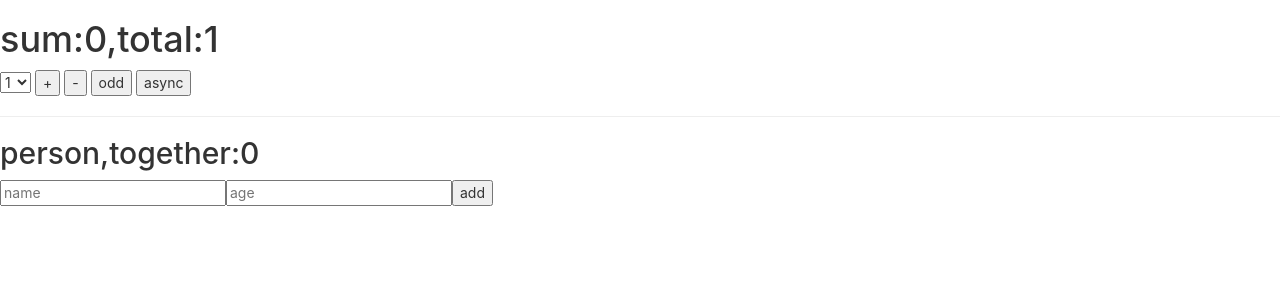
Repository: Shanshan67/React_a
Page: /
The author's editor kept a copy of each file at every save. The page is drawn from the files as they stood at one save, then again after the next save.
The browser window is 1280 px wide. The pictures show the whole page.
The project was rebuilt for these pictures with package versions that can differ from the ones it lists, and the page was loaded fresh each time.

Above is the page before, as saved 2022-12-09 00:29:52.

### public/index.html
<!DOCTYPE html>
<html lang="en">
  <head>
    <meta charset="utf-8" />
    <link rel="icon" href="%PUBLIC_URL%/favicon.ico" />
    <meta name="viewport" content="width=device-width, initial-scale=1" />
    <meta name="theme-color" content="#000000" />
    <meta
      name="description"
      content="Web site created using create-react-app"
    />
    <link rel="apple-touch-icon" href="%PUBLIC_URL%/logo192.png" />
    <!--
      manifest.json provides metadata used when your web app is installed on a
      user's mobile device or desktop. See https://developers.google.com/web/fundamentals/web-app-manifest/
    -->
    <link rel="manifest" href="%PUBLIC_URL%/manifest.json" />
    <link rel="stylesheet" href="/css/bootstrap.css" />
    <!--
      Notice the use of %PUBLIC_URL% in the tags above.
      It will be replaced with the URL of the `public` folder during the build.
      Only files inside the `public` folder can be referenced from the HTML.

      Unlike "/favicon.ico" or "favicon.ico", "%PUBLIC_URL%/favicon.ico" will
      work correctly both with client-side routing and a non-root public URL.
      Learn how to configure a non-root public URL by running `npm run build`.
    -->
    <title>React App</title>
  </head>
  <body>
    <noscript>You need to enable JavaScript to run this app.</noscript>
    <div id="root"></div>
    <!--
      This HTML file is a template.
      If you open it directly in the browser, you will see an empty page.

      You can add webfonts, meta tags, or analytics to this file.
      The build step will place the bundled scripts into the <body> tag.

      To begin the development, run `npm start` or `yarn start`.
      To create a production bundle, use `npm run build` or `yarn build`.
    -->
  </body>
</html>

### src/index.js
import React from 'react';
import ReactDOM from 'react-dom/client';
import { Provider } from 'react-redux';
import './index.css';
import App from './App';
import store from './redux/store';
import reportWebVitals from './reportWebVitals';

const root = ReactDOM.createRoot(document.getElementById('root'));
root.render(
  <Provider store={store}>
    <App/>
  </Provider>
);

// If you want to start measuring performance in your app, pass a function
// to log results (for example: reportWebVitals(console.log))
// or send to an analytics endpoint. Learn more: https://bit.ly/CRA-vitals
reportWebVitals();

### src/App.jsx
import React, { Component } from 'react'
import Count from './containers/Count'
import Person from './containers/Person'

export default class App extends Component {
  render() {
    return (
      <div>
        <Count/>
        <hr/>
        <Person/>
      </div>
    )
  }
}

### src/redux/store.js
import {createStore,applyMiddleware,combineReducers} from 'redux'
import thunk from 'redux-thunk'
import { composeWithDevTools } from 'redux-devtools-extension'
import countReducer from './reducers/count'
import personReducer from './reducers/person'


const allReducer = combineReducers({
    count:countReducer,
    persons:personReducer
})

export default createStore(allReducer,composeWithDevTools(applyMiddleware(thunk)))

### src/containers/Count/index.jsx
import React, { Component } from 'react'
import { connect } from "react-redux"
import {createIncrementAction,
    createDecrementAction,
    createIncrementAsyncAction} from '../../redux/actions/count'

    class Count extends Component {
    increment = () => {
        const {value} = this.selectNumber
        this.props.jia(value*1)
    }
    decrement = () => {
        const {value} = this.selectNumber
        this.props.jian(value*1)
    }
    incrementIfOdd = () => {
        const {value} = this.selectNumber
        if(this.props.count % 2 !==0){
            this.props.jia(value*1)
        }
    }
    incrementAsync = () => {
        const {value} = this.selectNumber
        this.props.jiaAsync(value*1,500)
    }

    render() {
    return (
        <div>
            <h1>sum:{this.props.count},total:{this.props.personCount} </h1>
            <select ref={c=>this.selectNumber=c}>
                <option value="1">1</option>
                <option value="2">2</option>
                <option value="3">3</option>
            </select>&nbsp;
            <button onClick={this.increment} >+</button>&nbsp;
            <button onClick={this.decrement} >-</button>&nbsp;
            <button onClick={this.incrementIfOdd} >odd</button>&nbsp;
            <button onClick={this.incrementAsync} >async</button>&nbsp;
        </div>
    )
    }
}

export default connect(
    state => ({
        count:state.count,
        personCount:state.persons.length}),
    {
        jia:createIncrementAction,
        jian:createDecrementAction,
        jiaAsync:createIncrementAsyncAction
    }
)(Count)

### src/containers/Person/index.jsx
import { nanoid } from 'nanoid'
import React, { Component } from 'react'
import { connect } from "react-redux"
import {createAddPersonAction} from '../../redux/actions/person'

class Person extends Component {
    addPerson = () => {
        const name = this.nameNode.value
        const age = this.ageNode.value
        const personObj = {id:nanoid(),name,age}
        this.props.jiaYiRen(personObj)
        this.nameNode.value = ''
        this.ageNode.value = ''
    }

    render() {
    return (
        <div>
            <h2>person,together:{this.props.count} </h2>
            <input ref={c=>this.nameNode=c} type='text' placeholder='name'/>
            <input ref={c=>this.ageNode=c} type='text' placeholder='age'/>
            <button onClick={this.addPerson}>add</button>
            <ul>
                {
                    /* this.props.persons.map((per) => {
                        return <li key={per.id}>{per.name}---{per.age}</li>
                    }) */

                }
            </ul>
        </div>
    )
    }
}

export default connect(
    state => ({
        persons:state.persons,
        count:state.count}),
    {
        jiaYiRen:createAddPersonAction,
    }
)(Person)

### src/redux/reducers/count.js
import {INCREMENT,DECREMENT} from '../constant'

const initState=0
export default function countReducer(preState=initState,action){
    const {type,data} = action
    switch (type){
        case INCREMENT:
            return preState+data
        case DECREMENT:
            return preState-data
        default:
            return preState
    }
}

### src/redux/reducers/person.js
const initState=[{id:'001',name:'tom',age:13}]
export default function personReducer(preState=initState,action){
    const {type, data} = action
    switch (type) {
        case 'add_person':
            return {data,...preState}
        default:
            return preState
    }
}

### src/redux/actions/count.js
import {INCREMENT,DECREMENT} from '../constant'

export const createIncrementAction = data => ({type:INCREMENT,data})
export const createDecrementAction = data => ({type:DECREMENT,data})
export const createIncrementAsyncAction = (data,time) => {
    return (dispatch) => {
        setTimeout(() => {
            dispatch(createIncrementAction(data))
        },time)
    }
}

### src/redux/actions/person.js
export const createAddPersonAction = personObj=>({type:'add_person',data:personObj})

### src/redux/constant.js
export const INCREMENT = 'increment'
export const DECREMENT = 'decrement'
export const ADD_PERSON = 'add_person'

Loaded but not shown: src/index.css (common file); src/reportWebVitals.js (common file); public/css/bootstrap.css (library)

After the next save:
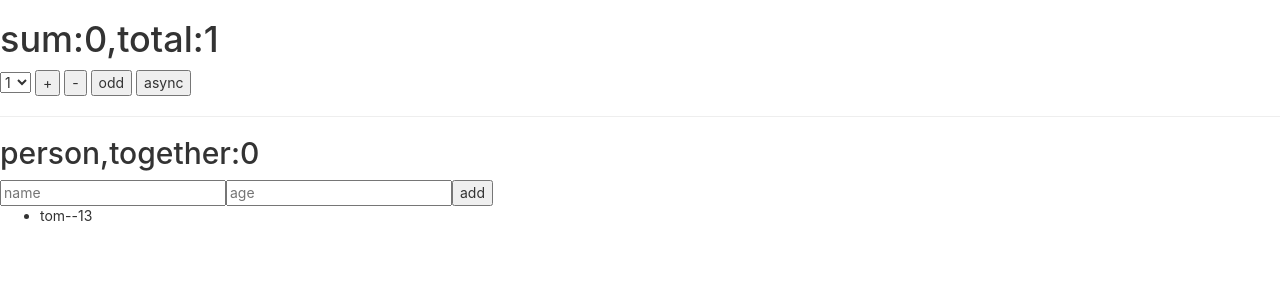
Saved 9 s later.
--- a/src/containers/Person/index.jsx
+++ b/src/containers/Person/index.jsx
@@ -25,7 +25,9 @@ class Person extends Component {
                     /* this.props.persons.map((per) => {
                         return <li key={per.id}>{per.name}---{per.age}</li>
                     }) */
-
+                    this.props.persons.map((p)=>{
+                        return <li key={p.id}>{p.name}--{p.age}</li>
+                    })
                 }
             </ul>
         </div>
